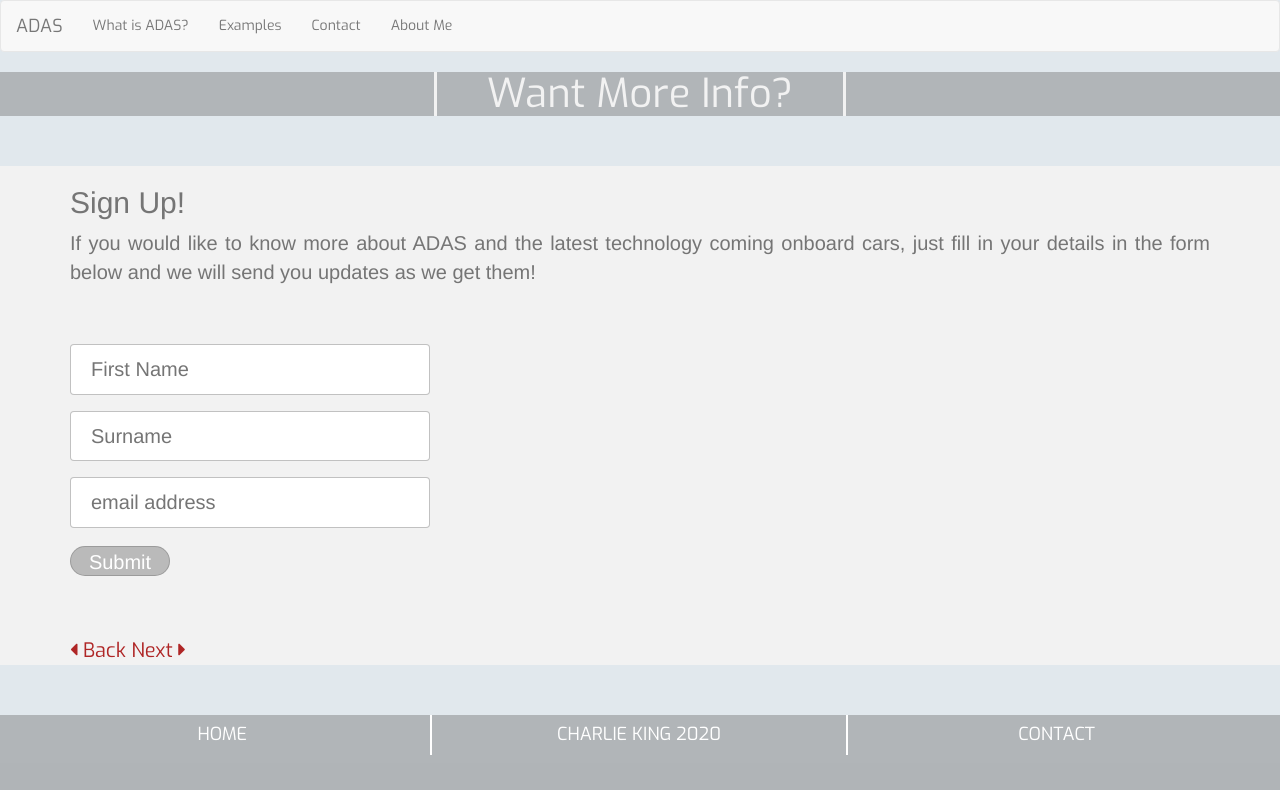
Repository: Cha-K28/First-Milestone-Project
Page: contact.html
The author's editor kept a record of every edit. The page is drawn from the files as they stood at one moment, then again after the next edit.
The browser window is 1280 px wide. The pictures show the whole page.
Some web libraries are served in a nearby version.

Above is the page before.

### contact.html
<!DOCTYPE html>
<html lang="en">

<head>
    <meta charset="utf-8">
    <meta name="viewport" content="width=device-width, initial-scale=1">
    <link rel="stylesheet" href="https://maxcdn.bootstrapcdn.com/bootstrap/3.4.1/css/bootstrap.min.css">
    <script src="https://ajax.googleapis.com/ajax/libs/jquery/3.4.1/jquery.min.js"></script>
    <script src="https://maxcdn.bootstrapcdn.com/bootstrap/3.4.1/js/bootstrap.min.js"></script>
    <link href="https://fonts.googleapis.com/css?family=Exo&display=swap" rel="stylesheet">
    <link rel="stylesheet" href="https://cdnjs.cloudflare.com/ajax/libs/font-awesome/5.11.2/css/all.css" type="text/css" />

    <link rel="stylesheet" href="css/style.css" type="text/css" />
    <title>ADAS - What is it?</title>
</head>

<body>
    <!-- header  -->
    <header>
        <nav class="navbar navbar-default">
            <div class="container-fluid">
                <div class="navbar-header">

                    <button type="button" class="navbar-toggle" data-toggle="collapse" data-target="#myNavbar">
                        <span class="icon-bar"></span>
                        <span class="icon-bar"></span>
                        <span class="icon-bar"></span>
                    </button>

                    <a class="navbar-brand" href="index.html">ADAS</a>
                </div>
                <div class="collapse navbar-collapse" id="myNavbar">
                    <ul class="nav navbar-nav">
                        <li><a href="what_is_adas.html">What is ADAS?</a></li>
                        <li><a href="examples.html">Examples</a></li>
                        <li><a href="contact.html">Contact</a></li>
                        <li><a href="about_me.html">About Me</a></li>
                    </ul>
                </div>
            </div>
        </nav>
    </header>
    <!-- End header  -->

    <!-- Content -->

    <div class="top_headings">
        <H1>Want More Info?</H1>
    </div>

    <div class="bright_background">

        <div class="container">

            <h2>Sign Up!</h2>


            <p>
                If you would like to know more about ADAS and the latest technology coming onboard cars, just fill in your details in the form below and we will send you updates as we get them!
            </p>

            <div class="row">

                <div class="col-md-4">
                    <form>
                        <input type="text" name="first_name" placeholder="First Name" />
                        <input type="text" name="surname" placeholder="Surname" />
                        <input type="email" name="email" placeholder="email address">
                        <input type="submit" value="Submit" />
                    </form>
                </div>

            </div>

            <p>
                <!-- empty paragraph to create space between submit button and back/next buttons -->
            </p>




                <div>

                    <a href="examples.html" class="red-color"><i class="fas fa-caret-left"></i> Back </a>
                    <a href="about_me.html" class="red-color">Next <i class="fas fa-caret-right"></i></a>

                </div>



        </div>
    </div>

    <!-- End Content -->



    <!-- footer -->
    <div class="footer">
        <footer class="container-fluid footer_background">

                <div>
                    <div class="col-sm-4 footer_box">
                        <h4><a href="index.html">Home</a></h4>
                    </div>
                    <div class="col-sm-4 footer_box">
                        <h4>Charlie King 2020</h4>

                    </div>

                    <div class="col-sm-4">
                        <h4><a href="contact.html">Contact</a></h4>

                    </div>
                </div>

        </footer>
    </div>


    <!-- End footer -->

</body>

</html>

### css/style.css
body {
  background-color: #e1e8ed;
}


/* --------------------------------------- headings etc*/

.top_headings {
  background-color: #75757573;

}

h1 {
  width: fit-content;
  display: block;
  text-align: center;
  font-size: 40px;
  font-family: 'Exo', sans-serif;
  color: #f2f2f2;
  margin-left: auto;
  margin-right: auto;
  padding-left: 50px;
  padding-right: 50px;
  border-left: solid 3px #f2f2f2;
  border-right: solid 3px #f2f2f2;
  margin-bottom: 50px;

}

@media (Min-Width:768px) {

  h1 {
    border-right: solid 3px #f2f2f2;
  }

}

h2 {
  text-align: left;
}


h4 {
  margin-top: 10px;
  text-align: center;
  font-family: 'Exo', sans-serif;
  color: white;
  text-transform: uppercase;
}


/*----------------------------------------------- headings etc close */

/*----------------------------------------------- main content */

.container {

  font-size: 20px;
  color: #757575;
  text-align: justify;

}



.background-image {
  background-image: url(../images/background.png);
  background-size: cover;
  height: 450px;
  width: auto;
  background-position: center;
  background-repeat: no-repeat;
  margin-bottom: 50px;


}

@media (Max-Width:768px) {

  .background-image {
    height: 350px;
  }
}


@media (Max-Width:414px) {

  .background-image {
    height: 200px;
  }
}


.background-image-2 {
  background-image: url(../images/backround_image_2.jpg);
  background-size: cover;
  height: 200px;
  width: auto;
  background-position: center;
  background-repeat: no-repeat;
  margin-bottom: 50px;

}


p {
  margin-bottom: 50px;

}


.bright_background {
  background-color: #f2f2f2;
}


button {
  display: block;
  margin-left: auto;
  margin-right: auto;
  margin-bottom: 15px;
  border-radius: 25px;
  color: white;
  background-color: #af2626;
  border: none;

}

button:hover {
  background-color: #f2f2f2 ;
  color: #757575 ;
  transition-duration: 3s;

}


a {
  font-family: "Exo", sans-serif;
  color: white;
}


a:hover {
  color: #757575 ;
  transition-duration: 2s;
}

.red-color {
  color: #af2626 ;
}

/*----------------------------------------end main content */



/* ---------------------------------- contact form */

input[type=email] {
  width: 100%;
  background-color: white;
  color: #75757573;
  padding: 10px 20px;
  margin: 8px 0;
  border: solid #75757573 1px;
  border-radius: 4px;
  cursor: pointer;

}

input[type=text] {
  width: 100%;
  background-color: white;
  color: #75757573;
  padding: 10px 20px;
  margin: 8px 0;
  border: solid #75757573 1px;
  border-radius: 4px;
  cursor: pointer;

}

input[type=submit] {
  width: 100px;
  height: 30px;
  border-radius: 25px;
  border: solid #75757573 1px;
  margin-top: 10px;
  color: white;
  background-color: #75757573;
  margin-bottom: 10px;

}

/* ----------------------------------------- Contact Form */



/* ----------------------------footer */

.footer {
  margin-top: 50px;
}


.footer_background {
  background-color: #75757573;
  height: 75px;
  position: relative;
  width: 100%;


}



@media (Min-Width:768px) {

  .footer_box {
    border-right: solid 2px white;
  }

}


/* ------------------------------footer */

After the next edit:
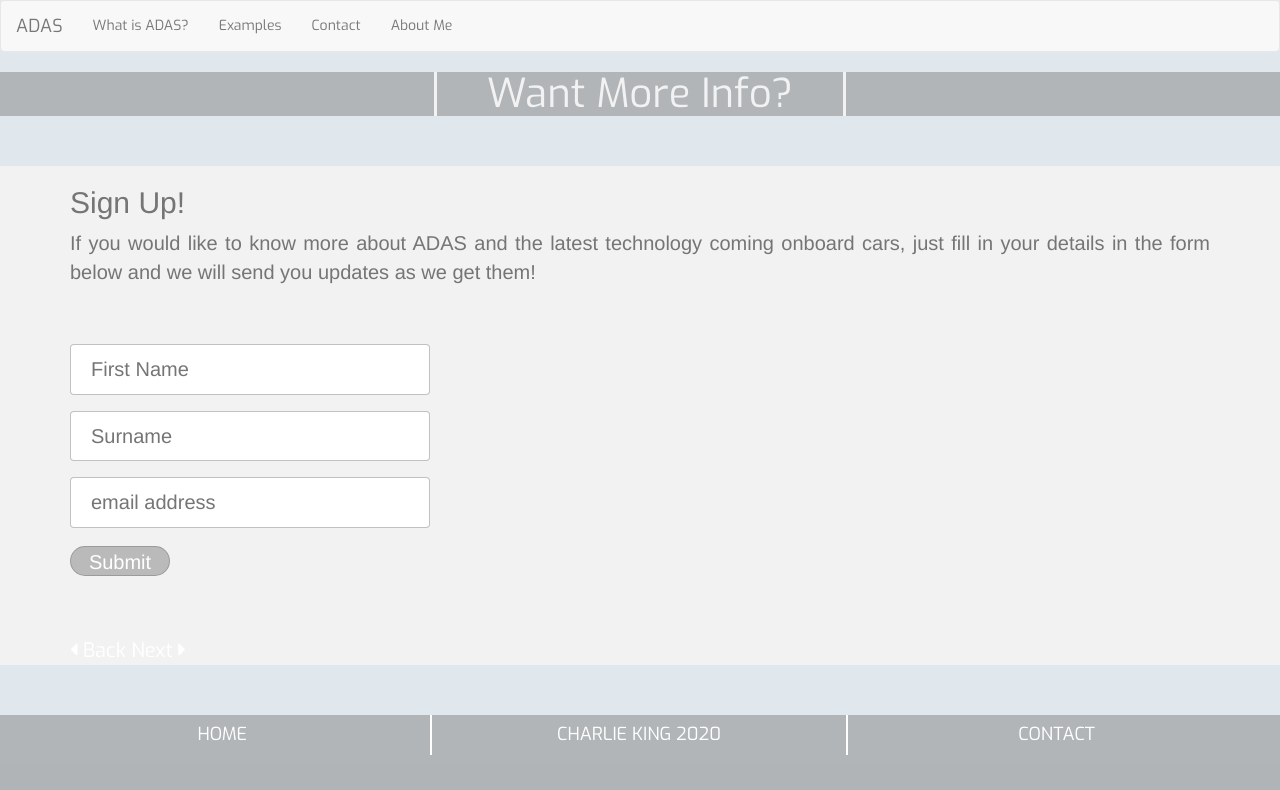
The edit:
--- a/css/style.css
+++ b/css/style.css
@@ -145,9 +145,7 @@
   transition-duration: 2s;
 }
 
-.red-color {
-  color: #af2626 ;
-}
+
 
 /*----------------------------------------end main content */
 

After the edit that followed:
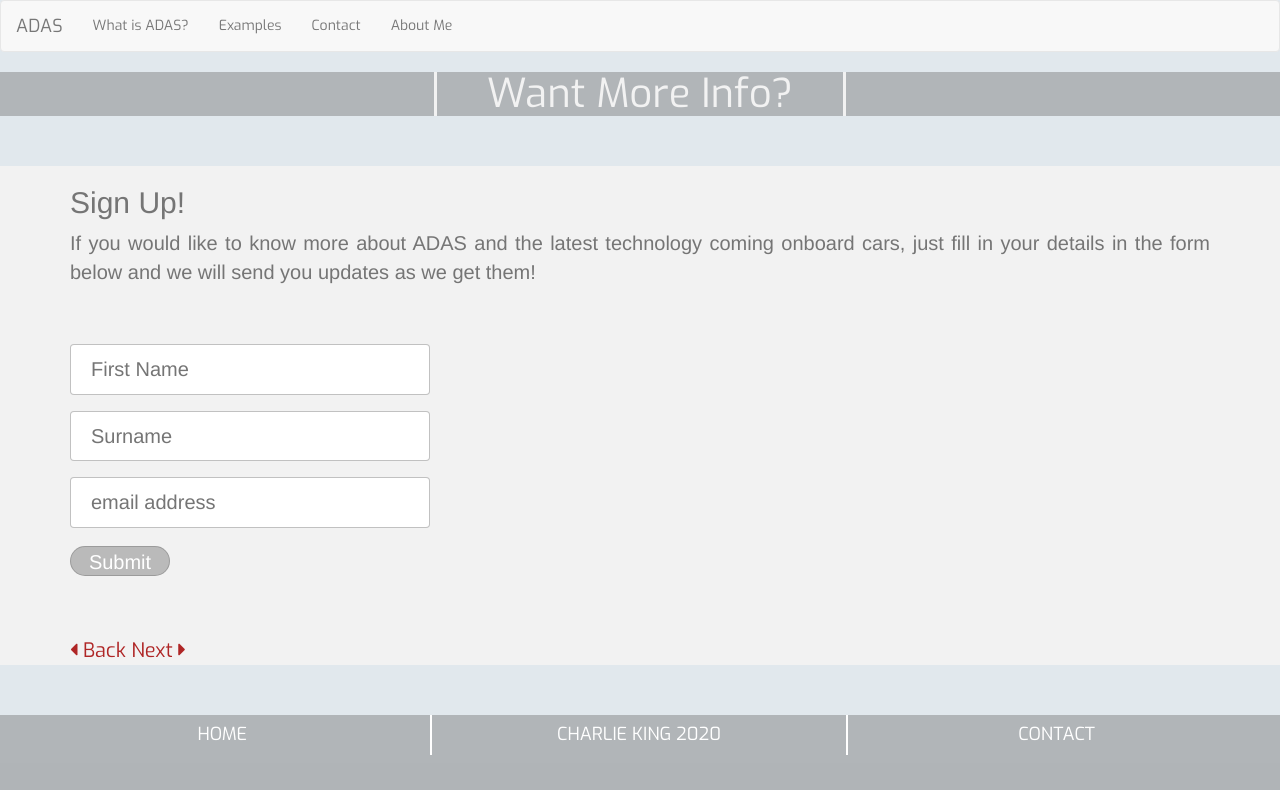
The edit:
--- a/css/style.css
+++ b/css/style.css
@@ -133,6 +133,10 @@
 
 }
 
+.red-color {
+  color: #af2626 ;
+}
+
 
 a {
   font-family: "Exo", sans-serif;
